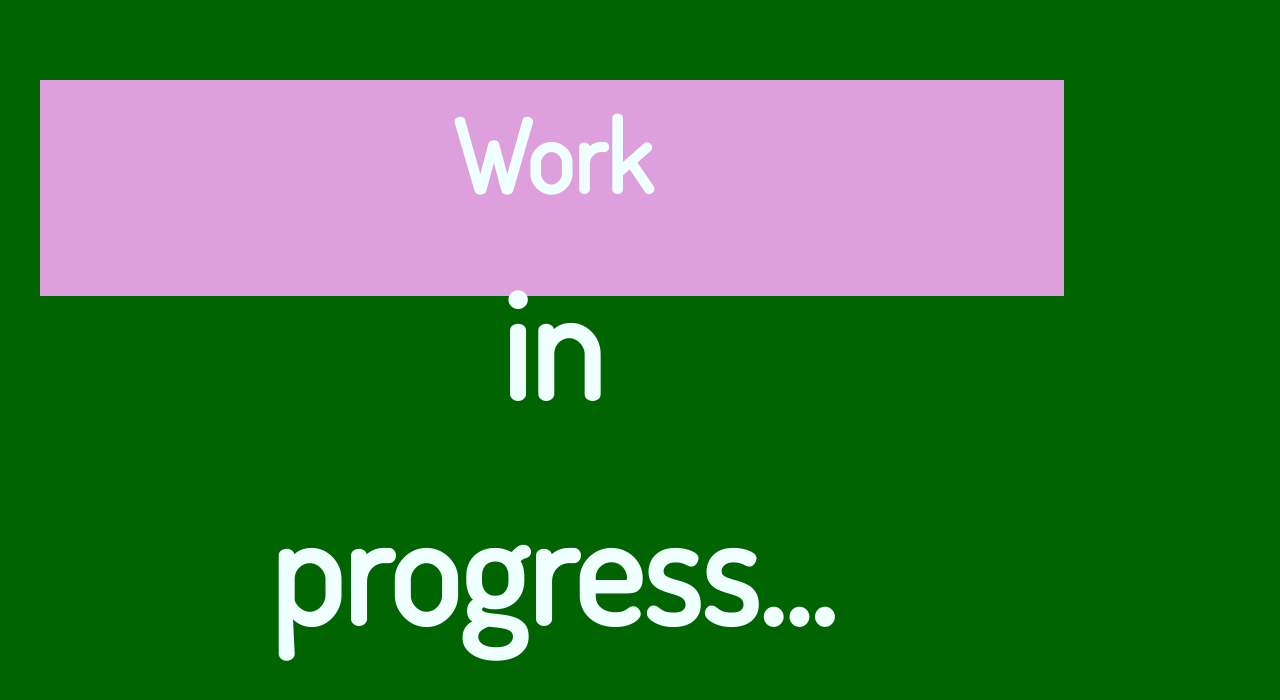
Repository: NollieChtn6/NollieChtn6.github.io
Page: index.html
The author's editor kept a copy of each file at every save. The page is drawn from the files as they stood at one save, then again after the next save.
The browser window is 1280 px wide. The pictures show the whole page.

Above is the page before, as saved 2023-11-10 18:15:09.

After the next save:
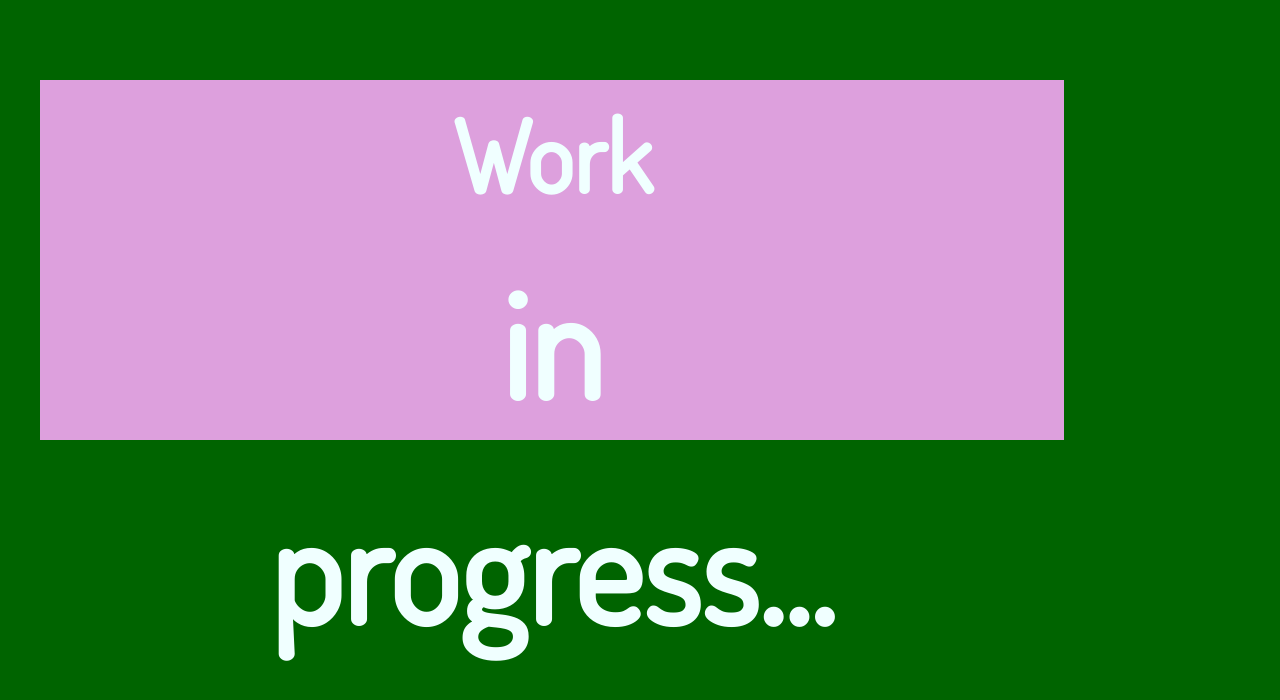
Saved 21 s later.
--- a/css/style.css
+++ b/css/style.css
@@ -56,7 +56,7 @@ h1 {
   display: flex;
   flex-direction: column;
   width: 80vw;
-  height: 30vh;
+  height: 50vh;
   font-size: 10rem;
   background-color: plum;
   color: azure;
